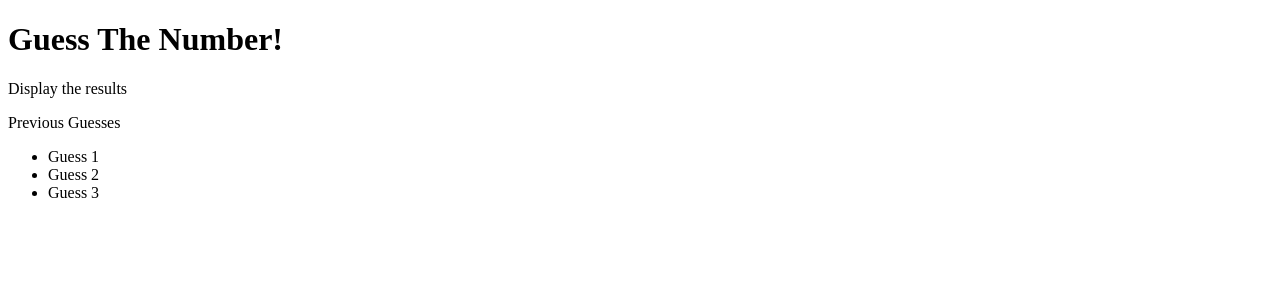
Repository: mlmEFSC21/P14-Guessing-Game
Page: guess.html
These files come from the project's save history. The page is drawn as it stood at one moment and after the next save; the edit follows.
The browser window is 1280 px wide. The pictures show the whole page.

Above is the page before, as saved 2022-03-10 14:53:49.

### guess.html
<!DOCTYPE html>
<html lang="en">
    <head>
        <meta charset="UTF-8" />
        <meta http-equiv="X-UA-Compatible" content="IE=edge" />
        <meta name="viewport" content="width=device-width, initial-scale=1.0" />
        <title>Guessing Game</title>
    </head>
    <body>
        <header>
            <h1 class="pageTitle">Guess The Number!</h1>
        </header>
        <section>
            <div class="gameContainer">
                <div class="results">
                    <p>Display the results</p>
                </div>
                <div class="trackGuesses">
                    <p>Previous Guesses</p>
                    <ul class="guesses" id="guessList">
                        <li>Guess 1</li>
                        <li>Guess 2</li>
                        <li>Guess 3</l>
                    </ul>
                </div>
            </div>
        </section>
    </body>
</html>

### guess.css
*,
*::after,
*::before {
    box-sizing: border-box;
    margin: 0;
    padding: 0;
}
.gameContainer {
    background-color: hotpink;
    display: grid;
}
.results {
    background-color: black;
}

After the next save:
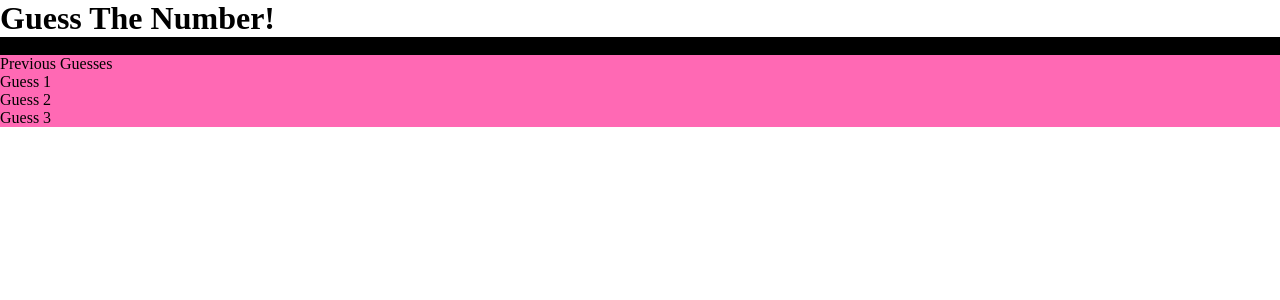
Saved 20 s later.
--- a/guess.html
+++ b/guess.html
@@ -4,6 +4,7 @@
         <meta charset="UTF-8" />
         <meta http-equiv="X-UA-Compatible" content="IE=edge" />
         <meta name="viewport" content="width=device-width, initial-scale=1.0" />
+        <link rel="stylesheet" href="guess.css">
         <title>Guessing Game</title>
     </head>
     <body>
